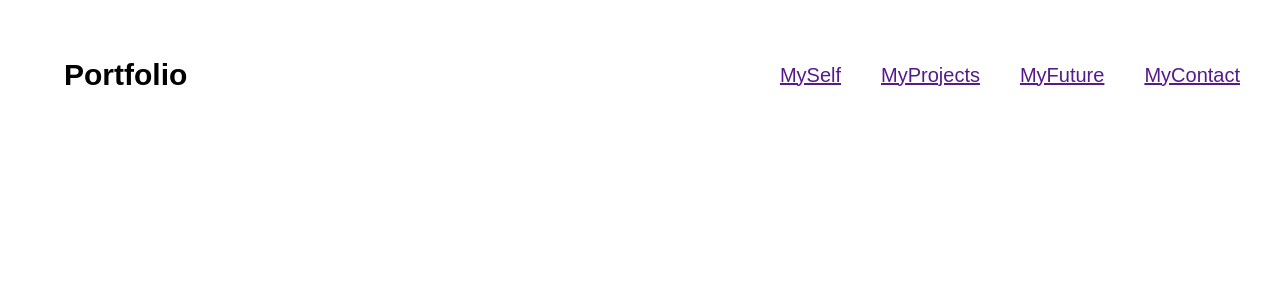
Repository: ChristianGecchelin/PortfolioOnline
Page: index.html
An editor plug-in stored every save of this project. The page is shown before and after the next save, followed by the edit.
The browser window is 1280 px wide. The pictures show the whole page.

Above is the page before, as saved 2022-01-08 11:23:28.

After the next save:
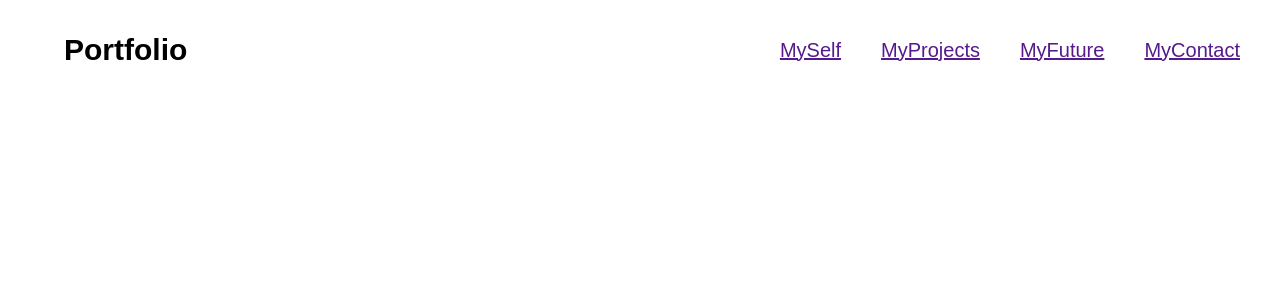
Saved 13 s later.
--- a/styles/styles.css
+++ b/styles/styles.css
@@ -37,7 +37,7 @@ header nav {
   width: 100%;
   min-width: 320px;
   height: auto;
-  margin-top: 50px;
+  margin-top: 25px;
 }
 header nav h1 {
   width: 40%;
